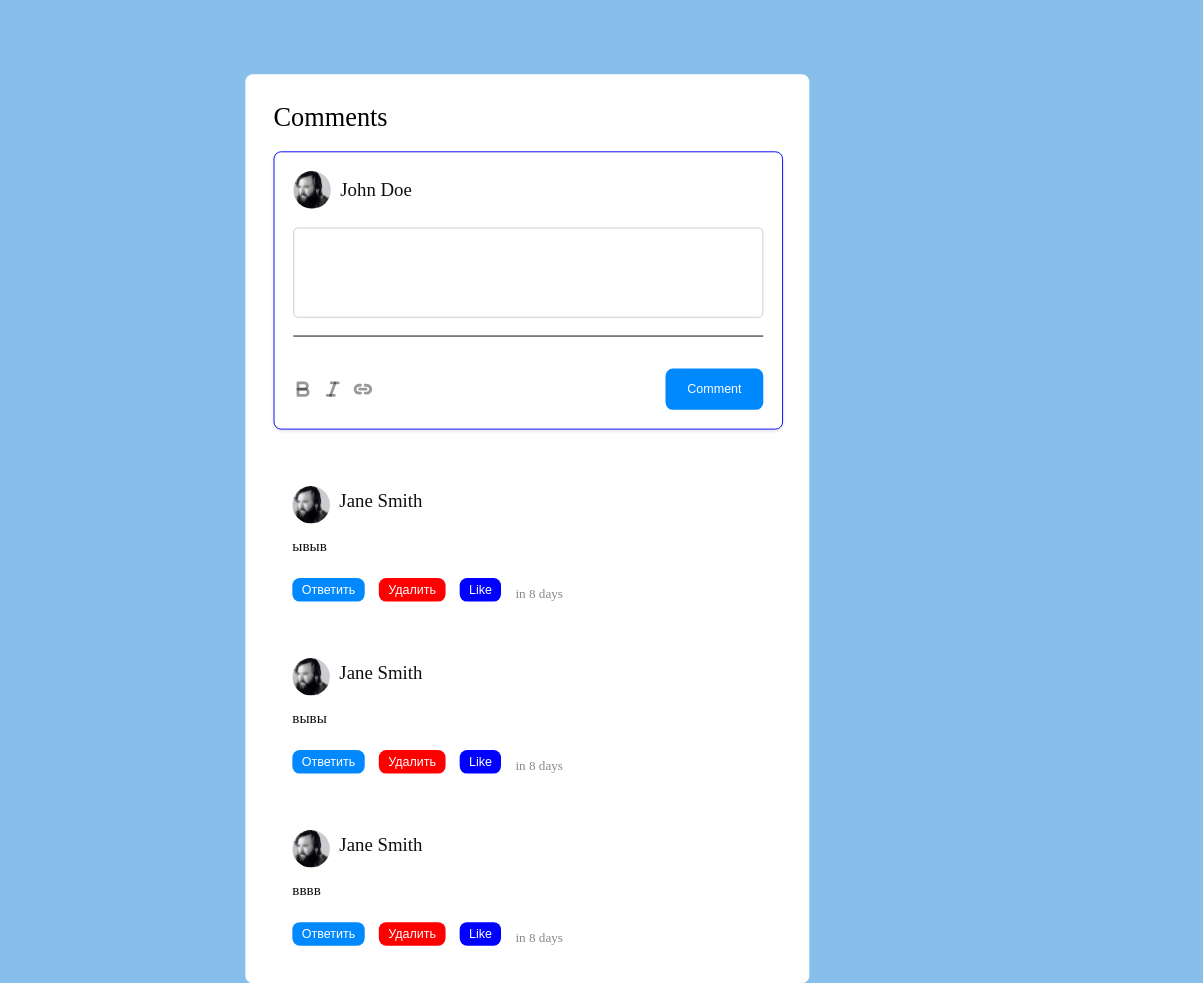
Repository: nikiforovki/appcommits
Page: /
These files come from the project's save history. The page is drawn as it stood at one moment and after the next save; the edit follows.
The browser window is 1280 px wide. The pictures show the whole page, at 94% of full size.
The project was rebuilt for these pictures with package versions that can differ from the ones it lists, and the page was loaded fresh each time. Requests to the local data server were answered from the project's data file. Also part of the build but not shown: webpack.config.ts.

Above is the page before, as saved 2024-08-23 07:53:30.

After the next save:
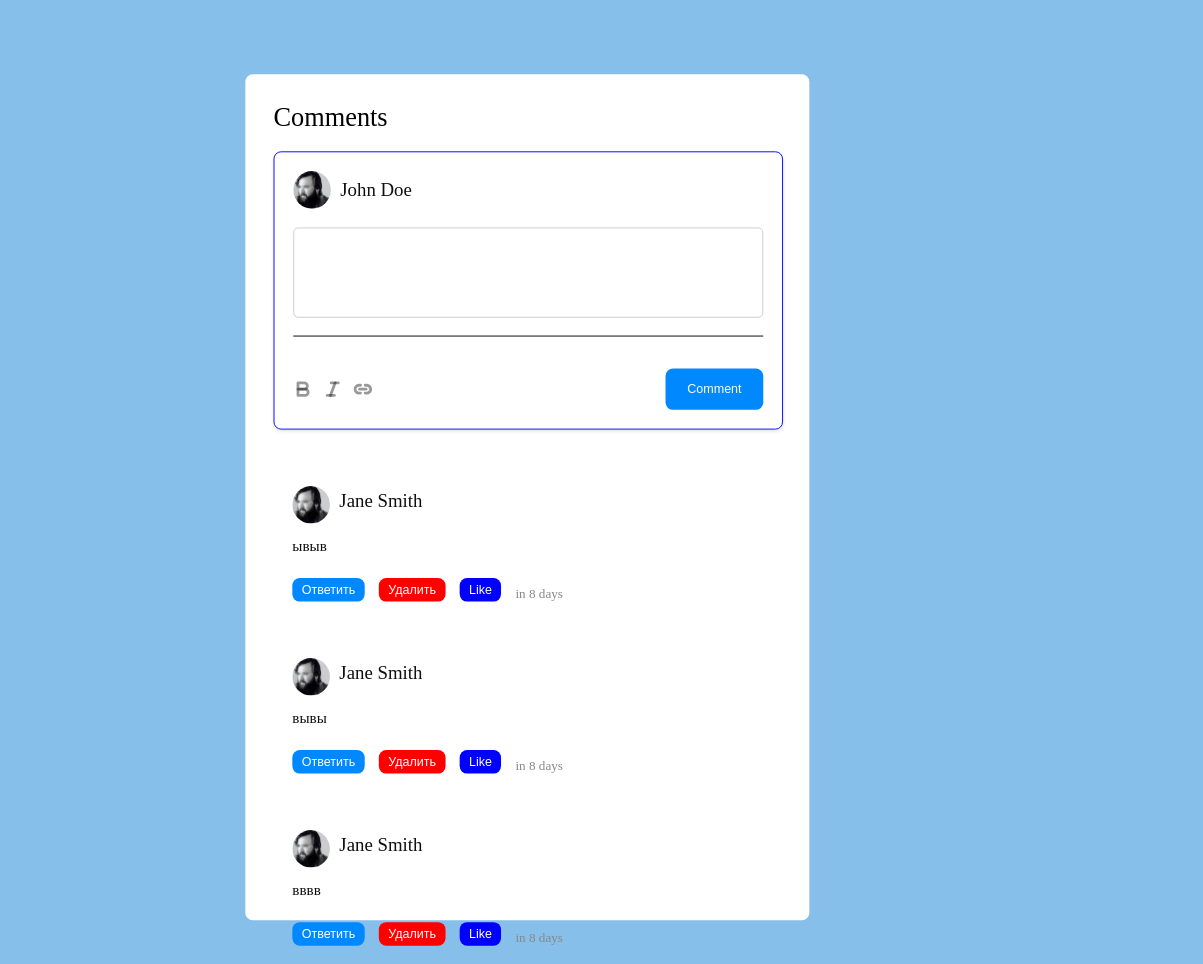
Saved 5 min 6 s later.
--- a/src/Companents/MainLayout.tsx
+++ b/src/Companents/MainLayout.tsx
@@ -14,10 +14,10 @@ import { formatDistanceToNow } from 'date-fns';
 import Skeleton from 'react-loading-skeleton';
 import 'react-loading-skeleton/dist/skeleton.css';
 
-const StyledContainer = styled.div`
+const StyledContainer = styled.div<{ commentsCount: number }>`
   width: 600px;
   height: ${(props) =>
-    `${props.setCommentsCount * 300}px`}; // Используем динамическую высоту
+    `${props.commentsCount * 300}px`}; // Используем динамическую высоту
   min-height: 671px; // Минимальная высота
   position: absolute;
   top: 79px;
@@ -64,7 +64,7 @@ const StyledName = styled.div`
   color: #101010;
 `;
 
-const StyledTextarea = styled.textarea`
+const StyledTextarea = styled.textarea<{ isBold: boolean }>`
   font-size: 16px;
   font-weight: ${({ isBold }) => (isBold ? 'bold' : 'normal')};
   height: 84px;
@@ -160,7 +160,7 @@ const StyledDeleteButton = styled.button`
   }
 `;
 
-const StyledLikeButton = styled.button`
+const StyledLikeButton = styled.button<{ liked: boolean }>`
   background-color: ${({ liked }) => (liked ? 'red' : 'blue')};
   color: white;
   border: none;
@@ -326,7 +326,7 @@ const MainLayout: React.FC = () => {
   if (isLocalLoading) {
     return (
       <div style={{ position: 'relative' }}>
-        <StyledContainer commentsCount={setCommentsCount}>
+        <StyledContainer commentsCount={commentsCount}>
           <StyledTitle>Comments</StyledTitle>
           <StyledCommentBorder>
             <StyledUserContainer>
